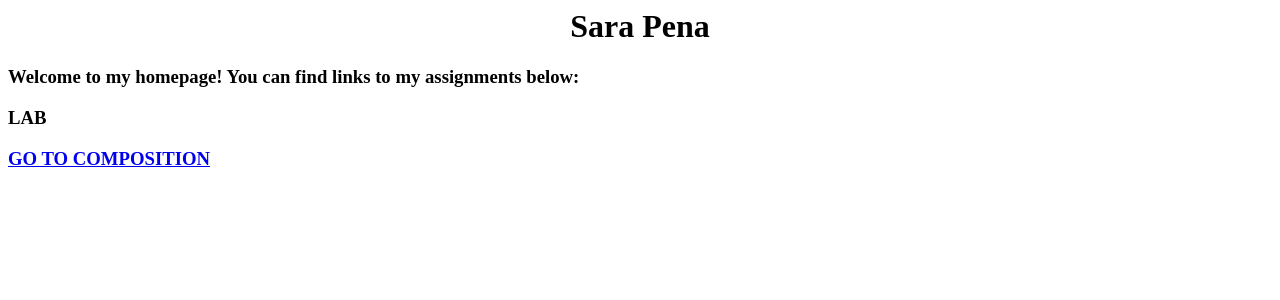
Repository: penas326/penas326.github.io
Page: index.html
The author's editor kept a record of every edit. The page is drawn from the files as they stood at one moment, then again after the next edit.
The browser window is 1280 px wide. The pictures show the whole page.

Above is the page before.

After the next edit:
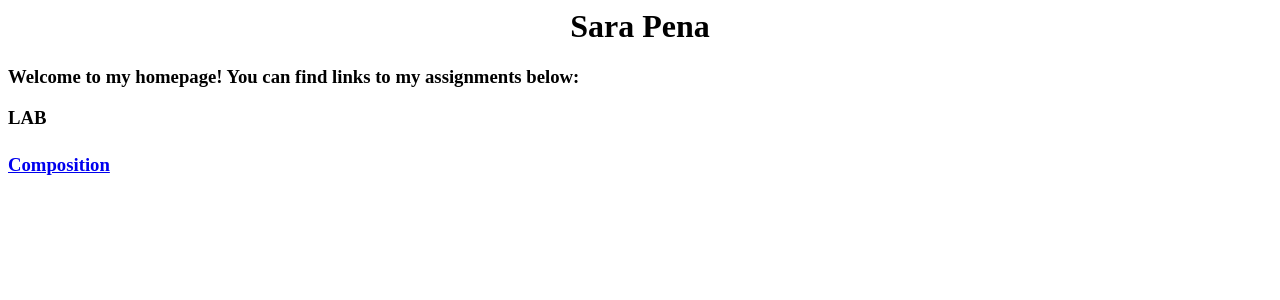
The edit:
--- a/index.html
+++ b/index.html
@@ -8,6 +8,6 @@
         <p><strong><h3><font face="Futura">Welcome to my homepage! You can find links to my assignments below:</p>
     </body>
         <p>LAB</p>
-        <a href="composition/index.html">GO TO COMPOSITION</a>
+        <h4><a href="composition/index.html">Composition</a></h4>
 
 </html>
